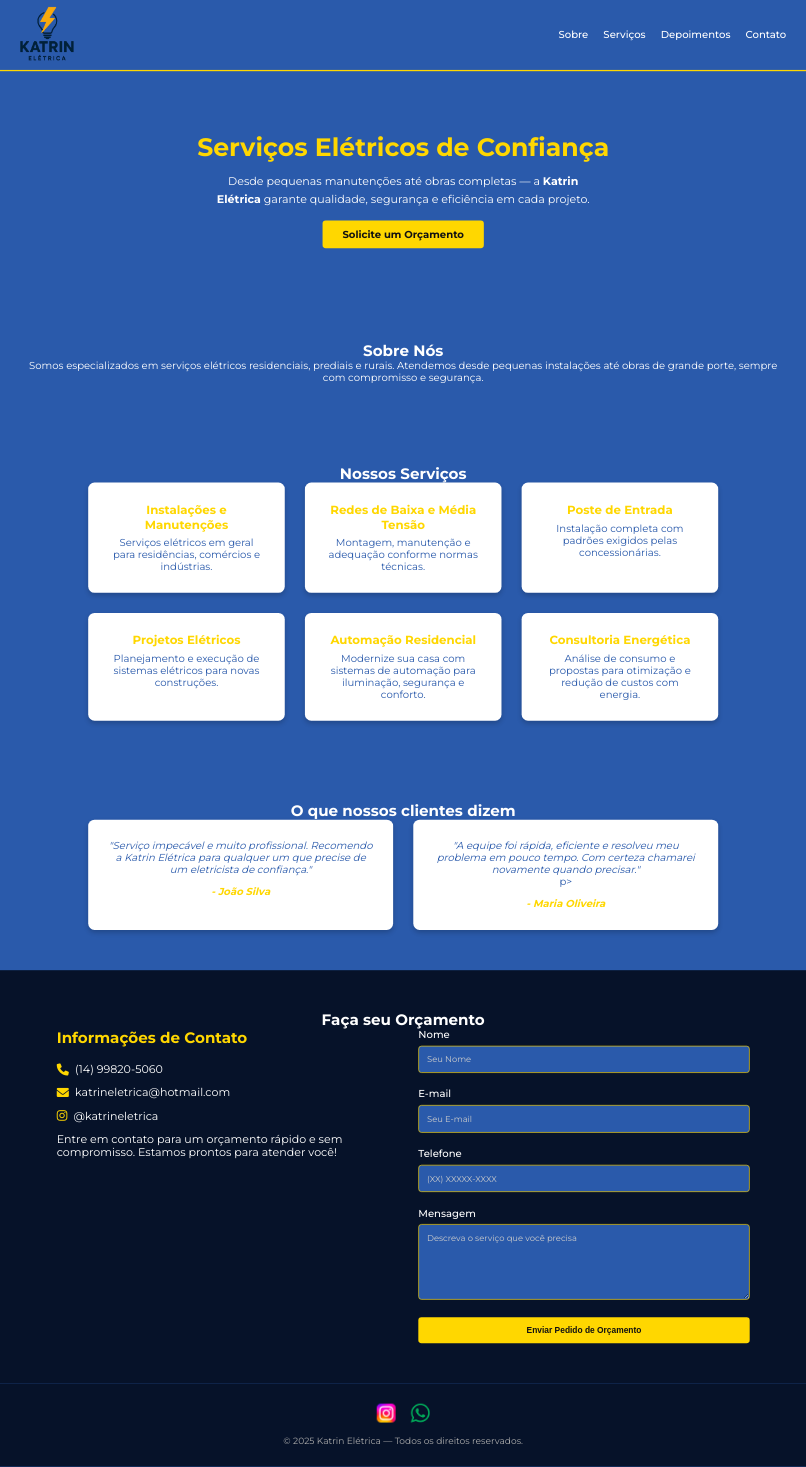
Repository: Jvcamargo1/katrin-site
Page: index.html
An editor plug-in stored every save of this project. The page is shown before and after the next save, followed by the edit.
The browser window is 1280 px wide. The pictures show the whole page, at 63% of full size.

Above is the page before, as saved 2025-11-06 21:17:34.

### index.html
<!DOCTYPE html>
<html lang="pt-BR">
<head>
  <meta charset="UTF-8" />
  <meta name="viewport" content="width=device-width, initial-scale=1.0" />
  <title>Katrin Elétrica | Serviços Elétricos em Geral</title>
  <link rel="stylesheet" href="style.css">
  <link rel="stylesheet" href="https://cdnjs.cloudflare.com/ajax/libs/font-awesome/6.0.0-beta3/css/all.min.css">
</head>
<body>
  <header>
    <div class="logo">
      <img src="logoke.png" alt="Logo Katrin Elétrica" />
    </div>
    <button class="menu-toggle" id="menu-toggle" aria-label="Abrir menu">
      <span class="bar"></span>
      <span class="bar"></span>
      <span class="bar"></span>
    </button>
    <nav id="nav">
      <a href="#sobre">Sobre</a>
      <a href="#servicos">Serviços</a>
      <a href="#depoimentos">Depoimentos</a>
      <a href="#contato">Contato</a>
    </nav>
  </header>

  <main>
    <section id="hero">
      <h2>Serviços Elétricos de Confiança</h2>
      <p>Desde pequenas manutenções até obras completas — a <strong>Katrin Elétrica</strong> garante qualidade, segurança e eficiência em cada projeto.</p>
      <a href="#contato" class="cta-button">Solicite um Orçamento</a>
    </section>

    <section id="sobre">
      <h2>Sobre Nós</h2>
      <p>Somos especializados em serviços elétricos residenciais, prediais e rurais. Atendemos desde pequenas instalações até obras de grande porte, sempre com compromisso e segurança.</p>
    </section>

    <section id="servicos">
      <h2>Nossos Serviços</h2>
      <div class="servicos">
        <div class="card">
          <h3>Instalações e Manutenções</h3>
          <p>Serviços elétricos em geral para residências, comércios e indústrias.</p>
        </div>
        <div class="card">
          <h3>Redes de Baixa e Média Tensão</h3>
          <p>Montagem, manutenção e adequação conforme normas técnicas.</p>
        </div>
        <div class="card">
          <h3>Poste de Entrada</h3>
          <p>Instalação completa com padrões exigidos pelas concessionárias.</p>
        </div>
        <div class="card">
          <h3>Projetos Elétricos</h3>
          <p>Planejamento e execução de sistemas elétricos para novas construções.</p>
        </div>
        <div class="card">
          <h3>Automação Residencial</h3>
          <p>Modernize sua casa com sistemas de automação para iluminação, segurança e conforto.</p>
        </div>
        <div class="card">
          <h3>Consultoria Energética</h3>
          <p>Análise de consumo e propostas para otimização e redução de custos com energia.</p>
        </div>
      </div>
    </section>

    <section id="depoimentos">
      <h2>O que nossos clientes dizem</h2>
      <div class="depoimentos">
        <div class="depoimento-card">
          <p>"Serviço impecável e muito profissional. Recomendo a Katrin Elétrica para qualquer um que precise de um eletricista de confiança."</p>
          <p class="autor">- João Silva</p>
        </div>
        <div class="depoimento-card">
          <p>"A equipe foi rápida, eficiente e resolveu meu problema em pouco tempo. Com certeza chamarei novamente quando precisar."</p>p>
          <p class="autor">- Maria Oliveira</p>
        </div>
      </div>
    </section>

    <section id="contato">
      <h2>Faça seu Orçamento</h2>
      <div class="contato-wrapper">
        <div class="contato-info">
          <h3>Informações de Contato</h3>
          <p><i class="fas fa-phone"></i> <a href="https://wa.me/5514998205060" target="_blank">(14) 99820-5060</a></p>
          <p><i class="fas fa-envelope"></i> <a href="mailto:katrineletrica@hotmail.com">katrineletrica@hotmail.com</a></p>
          <p><i class="fab fa-instagram"></i> <a href="https://instagram.com/katrineletrica" target="_blank">@katrineletrica</a></p>
          <p>Entre em contato para um orçamento rápido e sem compromisso. Estamos prontos para atender você!</p>
        </div>
        <div class="contato-form-wrapper">
          <form class="contato-form" id="contact-form">
            <div class="form-group">
              <label for="nome">Nome</label>
              <input type="text" id="nome" name="nome" placeholder="Seu Nome" required>
            </div>
            <div class="form-group">
              <label for="email">E-mail</label>
              <input type="email" id="email" name="email" placeholder="Seu E-mail" required>
            </div>
            <div class="form-group">
              <label for="telefone">Telefone</label>
              <input type="tel" id="telefone" name="telefone" placeholder="(XX) XXXXX-XXXX">
            </div>
            <div class="form-group">
              <label for="mensagem">Mensagem</label>
              <textarea id="mensagem" name="mensagem" placeholder="Descreva o serviço que você precisa" required></textarea>
            </div>
            <button type="submit" class="cta-button">Enviar Pedido de Orçamento</button>
          </form>
          <p id="form-message"></p>
        </div>
      </div>
    </section>
  </main>

  <footer>
    <div class="social-links">
      <a href="https://instagram.com/katrineletrica" target="_blank"><img src="instalogo.png" alt="Instagram" class="social-icon"></a>
      <a href="https://wa.me/5514998205060" target="_blank"><img src="wpplogov.png" alt="WhatsApp" class="social-icon"></a>
    </div>
    <p>© 2025 Katrin Elétrica — Todos os direitos reservados.</p>
  </footer>

  <script>
    const toggle = document.getElementById("menu-toggle");
    const nav = document.getElementById("nav");
    toggle.addEventListener("click", () => nav.classList.toggle("active"));

    const contactForm = document.getElementById('contact-form');
    const formMessage = document.getElementById('form-message');
    const submitButton = contactForm.querySelector('button[type="submit"]');

    contactForm.addEventListener('submit', function (e) {
      e.preventDefault();

      const formData = new FormData(this);
      const data = {
        nome: formData.get('nome'),
        email: formData.get('email'),
        telefone: formData.get('telefone'),
        mensagem: formData.get('mensagem'),
      };

      // Mostra a mensagem de "Enviando..." e desabilita o botão
      formMessage.textContent = 'Enviando...';
      formMessage.style.color = 'var(--amarelo)';
      submitButton.disabled = true;

      // Simula um tempo de espera de 1.5 segundos (como se estivesse enviando)
      setTimeout(() => {
        // Exibe a mensagem de sucesso
        formMessage.textContent = 'Mensagem enviada com sucesso!';
        formMessage.style.color = 'lightgreen';

        // Limpa os campos do formulário
        contactForm.reset();

        // Reabilita o botão após o "envio"
        submitButton.disabled = false;

        // Opcional: faz a mensagem de sucesso desaparecer após 5 segundos
        setTimeout(() => {
          formMessage.textContent = '';
        }, 5000);
      }, 1500);
    });
  </script>
</body>
</html>

### style.css
@import url('https://fonts.googleapis.com/css2?family=Montserrat:wght@400;500;700&display=swap');

:root {
  --azul: #2a5aab;
  --amarelo: #ffd700;
  --branco: #ffffff;
  --preto: #121212;
}

* { box-sizing: border-box; margin: 0; padding: 0; }

body {
  font-family: 'Montserrat', sans-serif;
  background-color: var(--azul);
  color: var(--branco);
  scroll-behavior: smooth;
}

header {
  display: flex;
  justify-content: space-between;
  align-items: center;
  padding: 0.7rem 2rem;
  background-color: var(--azul);
  border-bottom: 2px solid var(--amarelo);
  position: sticky;
  top: 0;
  z-index: 10;
}

.logo img {
  height: 85px;
  width: auto;
}

nav {
  display: flex;
  align-items: center;
}

nav a {
  color: var(--branco);
  text-decoration: none;
  margin-left: 1.5rem;
  font-weight: 500;
  transition: 0.3s;
}

nav a:hover {
  color: var(--amarelo);
}

.menu-toggle {
  display: none;
  flex-direction: column;
  cursor: pointer;
}

.menu-toggle div {
  width: 25px;
  height: 3px;
  background: var(--amarelo);
  margin: 4px 0;
  transition: 0.3s;
}

@media (max-width: 768px) {
  nav {
    display: none;
    flex-direction: column;
    position: absolute;
    top: 70px;
    right: 0;
    width: 100%;
    background: var(--azul);
    text-align: center;
    padding: 1rem 0;
    border-top: 1px solid var(--amarelo);
  }

  nav.active { display: flex; }

  .menu-toggle { display: flex; }

  nav a { margin: 1rem 0; font-size: 1.1rem; }
}

section { padding: 4rem 2rem; text-align: center; }

#hero {
  background-color: var(--azul);
  padding: 6rem 2rem;
}

#hero h2 {
  font-size: 2.5rem;
  color: var(--amarelo);
  font-weight: 700;
}

#hero p {
  max-width: 600px;
  margin: 1rem auto 2rem;
  font-size: 1.1rem;
  line-height: 1.6;
}

.cta-button {
  background-color: var(--amarelo);
  color: var(--preto);
  padding: 0.8rem 2rem;
  border-radius: 5px;
  text-decoration: none;
  font-weight: 700;
  transition: background-color 0.3s;
}

.cta-button:hover {
  background-color: #ffed4a;
}

.servicos, .depoimentos {
  display: grid;
  grid-template-columns: repeat(auto-fit, minmax(250px, 1fr));
  gap: 2rem;
  max-width: 1000px;
  margin: auto;
}

.card, .depoimento-card {
  background-color: var(--branco);
  color: var(--azul);
  border-radius: 10px;
  padding: 2rem;
  box-shadow: 0 4px 8px rgba(0,0,0,0.2);
  transition: transform 0.3s;
}

.card:hover, .depoimento-card:hover {
  transform: translateY(-10px);
}

.card h3 {
  color: var(--amarelo);
  margin-bottom: 0.5rem;
}

.depoimento-card p {
  font-style: italic;
}

.depoimento-card .autor {
  margin-top: 1rem;
  font-weight: 700;
  color: var(--amarelo);
}

#contato p, #contato a {
  color: var(--branco);
  font-size: 1.1rem;
  text-decoration: none;
}

#contato a:hover { color: var(--amarelo); }

footer {
  background-color: #061229;
  padding: 2rem 1rem;
  text-align: center;
  color: #aaa;
  font-size: 0.9rem;
}

#contato {
  background-color: #061229;
}

.contato-wrapper {
  display: flex;
  gap: 3rem;
  max-width: 1100px;
  margin: auto;
  align-items: flex-start;
}

.contato-info,
.contato-form-wrapper {
  flex: 1;
  text-align: left;
}

.contato-info h3 {
  color: var(--amarelo);
  margin-bottom: 1.5rem;
  font-size: 1.5rem;
}

.contato-info p {
  margin-bottom: 1rem;
  display: flex;
  align-items: center;
  gap: 10px;
}

.contato-info i {
  color: var(--amarelo);
  font-size: 1.2rem;
}

.contato-form .form-group {
  margin-bottom: 1.5rem;
}

.contato-form label {
  display: block;
  margin-bottom: 0.5rem;
  font-weight: 500;
  color: var(--branco);
}

.contato-form input,
.contato-form textarea {
  width: 100%;
  padding: 0.8rem;
  border: 1px solid var(--amarelo);
  border-radius: 5px;
  background-color: var(--azul);
  color: var(--branco);
  font-family: inherit;
}

.contato-form input::placeholder,
.contato-form textarea::placeholder {
  color: #ccc;
}

.contato-form textarea {
  min-height: 120px;
  resize: vertical;
}

.contato-form .cta-button {
  width: 100%;
  border: none;
  cursor: pointer;
}

.social-links {
  margin-bottom: 1rem;
}

.social-icon {
  width: 30px;
  height: 30px;
  margin: 0 10px;
  transition: transform 0.3s;
}

.social-icon:hover {
  transform: scale(1.1);
}

@media (max-width: 768px) {
  .contato-wrapper {
    flex-direction: column;
  }
}

After the next save:
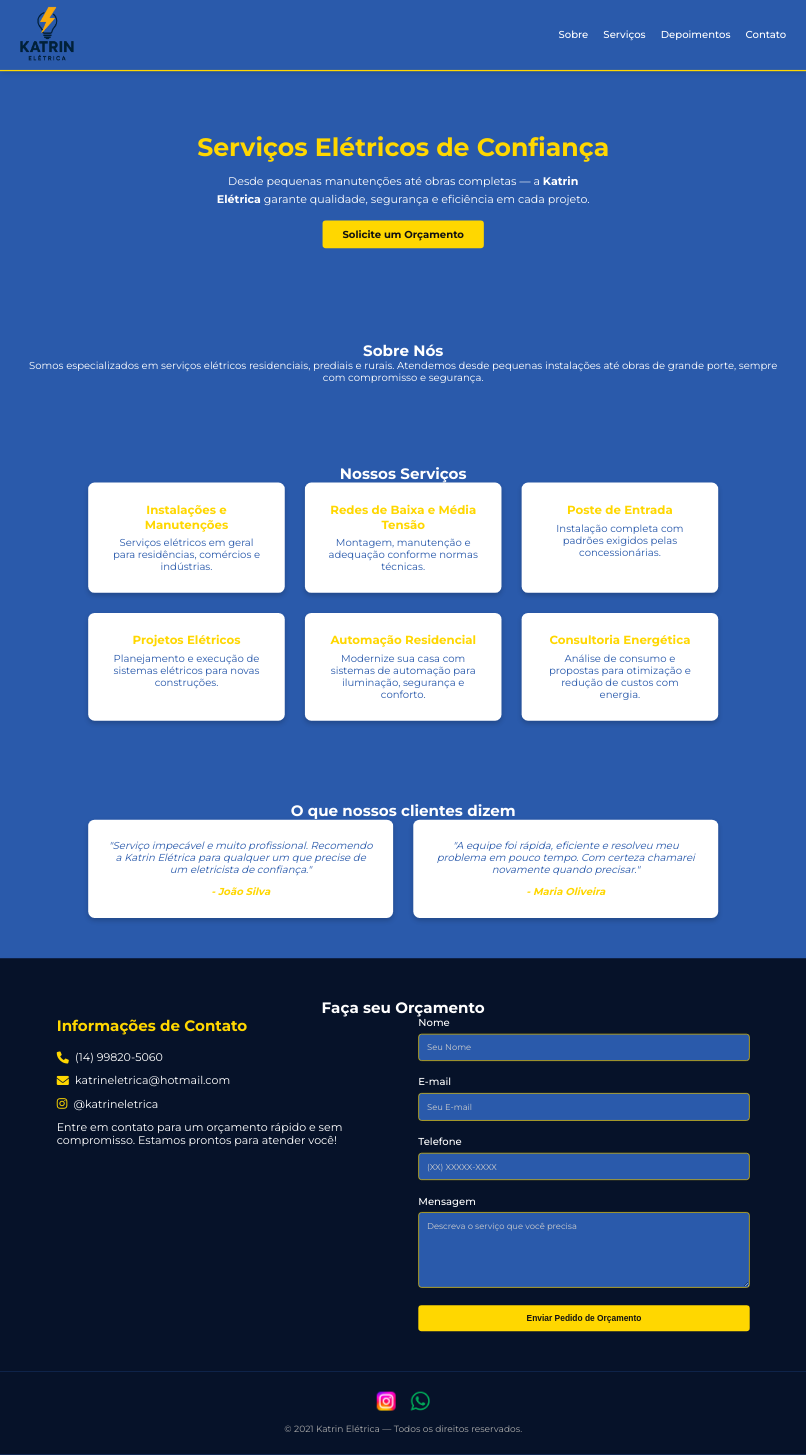
Saved 76 s later.
--- a/index.html
+++ b/index.html
@@ -39,28 +39,28 @@
 
     <section id="servicos">
       <h2>Nossos Serviços</h2>
-      <div class="servicos">
-        <div class="card">
+      <div class="servicos ">
+        <div class="card hidden">
           <h3>Instalações e Manutenções</h3>
           <p>Serviços elétricos em geral para residências, comércios e indústrias.</p>
         </div>
-        <div class="card">
+        <div class="card hidden">
           <h3>Redes de Baixa e Média Tensão</h3>
           <p>Montagem, manutenção e adequação conforme normas técnicas.</p>
         </div>
-        <div class="card">
+        <div class="card hidden">
           <h3>Poste de Entrada</h3>
           <p>Instalação completa com padrões exigidos pelas concessionárias.</p>
         </div>
-        <div class="card">
+        <div class="card hidden">
           <h3>Projetos Elétricos</h3>
           <p>Planejamento e execução de sistemas elétricos para novas construções.</p>
         </div>
-        <div class="card">
+        <div class="card hidden">
           <h3>Automação Residencial</h3>
           <p>Modernize sua casa com sistemas de automação para iluminação, segurança e conforto.</p>
         </div>
-        <div class="card">
+        <div class="card hidden">
           <h3>Consultoria Energética</h3>
           <p>Análise de consumo e propostas para otimização e redução de custos com energia.</p>
         </div>
@@ -70,12 +70,12 @@
     <section id="depoimentos">
       <h2>O que nossos clientes dizem</h2>
       <div class="depoimentos">
-        <div class="depoimento-card">
+        <div class="depoimento-card hidden">
           <p>"Serviço impecável e muito profissional. Recomendo a Katrin Elétrica para qualquer um que precise de um eletricista de confiança."</p>
           <p class="autor">- João Silva</p>
         </div>
-        <div class="depoimento-card">
-          <p>"A equipe foi rápida, eficiente e resolveu meu problema em pouco tempo. Com certeza chamarei novamente quando precisar."</p>p>
+        <div class="depoimento-card hidden">
+          <p>"A equipe foi rápida, eficiente e resolveu meu problema em pouco tempo. Com certeza chamarei novamente quando precisar."</p>
           <p class="autor">- Maria Oliveira</p>
         </div>
       </div>
@@ -122,7 +122,7 @@
       <a href="https://instagram.com/katrineletrica" target="_blank"><img src="instalogo.png" alt="Instagram" class="social-icon"></a>
       <a href="https://wa.me/5514998205060" target="_blank"><img src="wpplogov.png" alt="WhatsApp" class="social-icon"></a>
     </div>
-    <p>© 2025 Katrin Elétrica — Todos os direitos reservados.</p>
+    <p id="footer-year">© 2025 Katrin Elétrica — Todos os direitos reservados.</p>
   </footer>
 
   <script>
@@ -168,6 +168,22 @@
         }, 5000);
       }, 1500);
     });
+
+    // Script para animação de entrada
+    const observer = new IntersectionObserver((entries) => {
+      entries.forEach((entry) => {
+        if (entry.isIntersecting) {
+          entry.target.classList.add('visible');
+        }
+      });
+    });
+
+    const hiddenElements = document.querySelectorAll('.hidden');
+    hiddenElements.forEach((el) => observer.observe(el));
+
+    // Script para atualizar o ano do rodapé automaticamente
+    document.getElementById('footer-year').textContent = `© ${new Date().getFullYear()} Katrin Elétrica — Todos os direitos reservados.`;
+
   </script>
 </body>
 </html>
--- a/style.css
+++ b/style.css
@@ -25,6 +25,7 @@ header {
   border-bottom: 2px solid var(--amarelo);
   position: sticky;
   top: 0;
+  box-shadow: 0 2px 10px rgba(0, 0, 0, 0.2);
   z-index: 10;
 }
 
@@ -229,6 +230,13 @@ footer {
   font-family: inherit;
 }
 
+.contato-form input:focus,
+.contato-form textarea:focus {
+  outline: none;
+  border-color: var(--amarelo);
+  box-shadow: 0 0 8px rgba(255, 215, 0, 0.5);
+}
+
 .contato-form input::placeholder,
 .contato-form textarea::placeholder {
   color: #ccc;
@@ -265,3 +273,15 @@ footer {
     flex-direction: column;
   }
 }
+
+/* Estilos para animação de entrada */
+.hidden {
+  opacity: 0;
+  transform: translateY(20px);
+  transition: opacity 0.6s ease-out, transform 0.6s ease-out;
+}
+
+.visible {
+  opacity: 1;
+  transform: translateY(0);
+}
